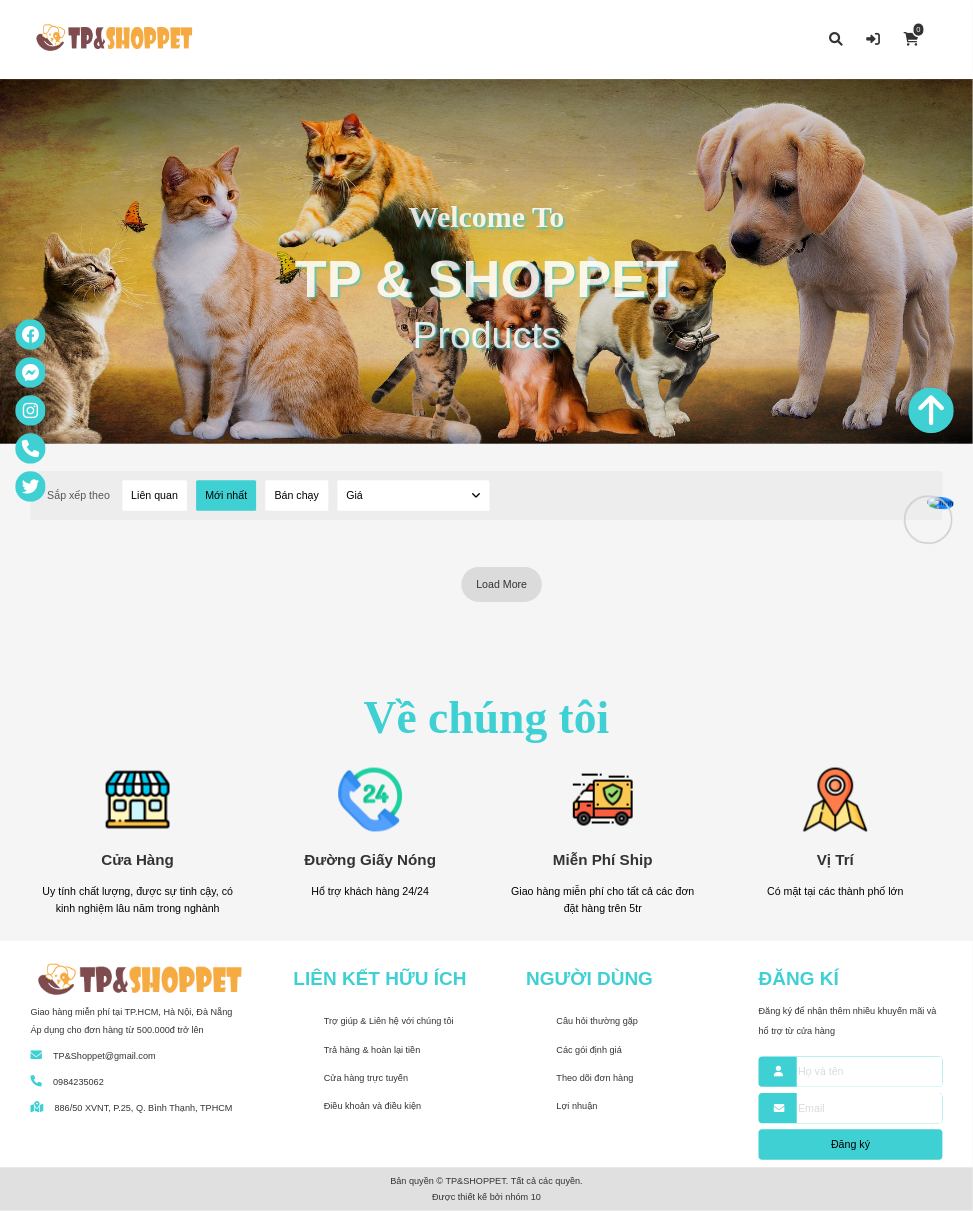
Repository: vantung2102/shoppet_laravel
Page: resources/views/client/user/menu.blade.php
These files come from the project's save history. The page is drawn as it stood at one moment and after the next save; the edit follows.
The browser window is 1280 px wide. The pictures show the whole page, at 76% of full size.
Some web fonts or font styles are not loaded; a fallback is used. The page is served by the project's Laravel application, run on PHP 8.4 with Laravel 8. The template is opened directly, without the code that normally fills it, so the values that code supplies are empty.

Above is the page before, as saved 2021-12-14 15:38:24.

After the next save:
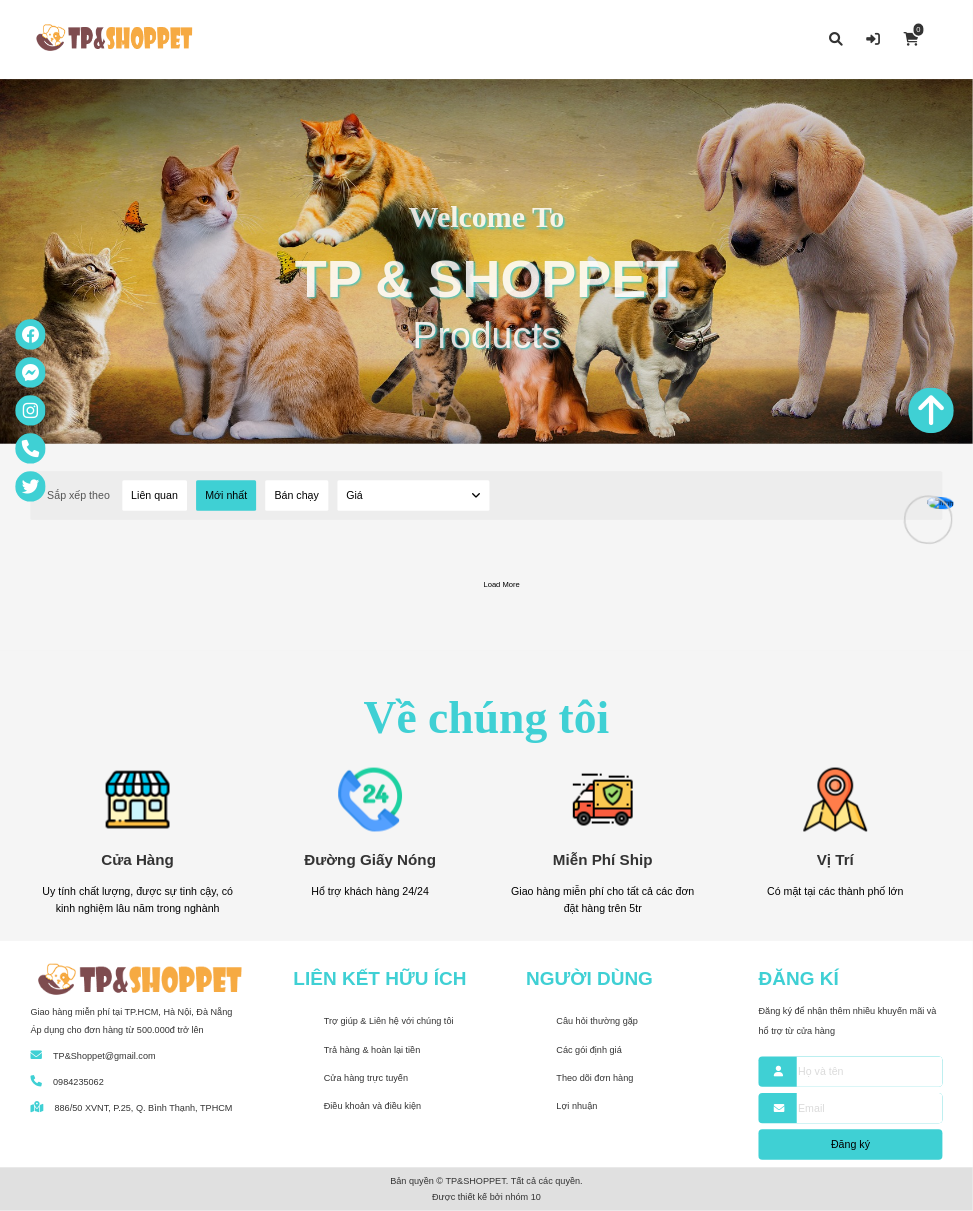
Saved 42 s later.
--- a/resources/views/client/user/menu.blade.php
+++ b/resources/views/client/user/menu.blade.php
@@ -50,10 +50,10 @@
           <div class="col l-12 m-12 c-12">
             <ul class="product__pagination-list center">
               <li class="product__pagination-item">
-                <input type="hidden" value="1" id="page">
-                <a class="product__pagination-link"  onclick="loadMore()">
+
+
                   Load More
-                </a>
+
               </li>
 
 
